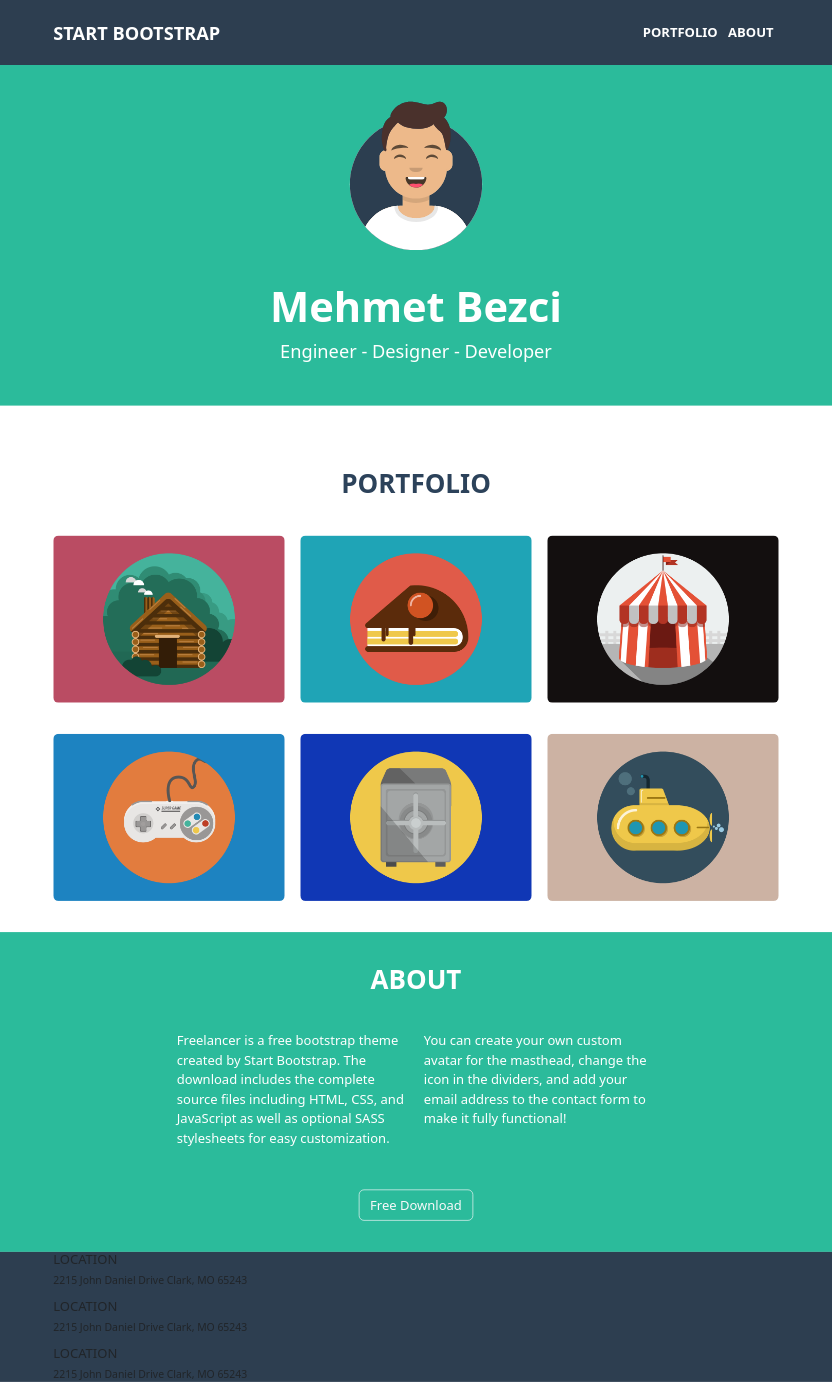
Repository: 7JaxeN7/WT-1255P-Mehmet_BEZC-
Page: index.html
These files come from the project's save history. The page is drawn as it stood at one moment and after the next save; the edit follows.
The browser window is 1280 px wide. The pictures show the whole page, at 65% of full size.

Above is the page before, as saved 2025-01-07 00:26:10.

### index.html
<!DOCTYPE html>
<html lang="tr">

<head>
  <meta charset="UTF-8">
  <meta name="viewport" content="width=device-width, initial-scale=1.0">
  <link rel="stylesheet" href="style.css">
  <link href="https://cdn.jsdelivr.net/npm/bootstrap@5.3.3/dist/css/bootstrap.min.css" rel="stylesheet"
    integrity="sha384-QWTKZyjpPEjISv5WaRU9OFeRpok6YctnYmDr5pNlyT2bRjXh0JMhjY6hW+ALEwIH" crossorigin="anonymous">
  <title>Start Bootstrap</title>
</head>

<body>
  <!-- Navbar -->
  <header>
    <nav class="navbar navbar-expand-lg navbar-bg">
      <div class="container pt-3 pb-3">
        <a class="navbar-brand text-white fw-bolder fs-3" href="#">START BOOTSTRAP</a>
        <button class="navbar-toggler" type="button" data-bs-toggle="collapse" data-bs-target="#navbarNav"
          aria-controls="navbarNav" aria-expanded="false" aria-label="Toggle navigation">
          <span class="navbar-toggler-icon"></span>
        </button>
        <div class="collapse navbar-collapse" id="navbarNav">
          <ul class="navbar-nav ms-auto">
            <li class="nav-item">
              <a class="nav-link text-white fw-bolder fs-5" href="#">PORTFOLIO</a>
            </li>
            <li class="nav-item">
              <a class="nav-link text-white fw-bolder fs-5" href="#">ABOUT</a>
            </li>
          </ul>
        </div>
      </div>
    </nav>
  </header>
  <!-- Herosection -->
  <div class="herosection-bg pt-5 pb-5">
    <div class="container text-center">
      <img src="/assets/img/avataaars.svg" width="20%" />
      <h1 class="mt-5 text-white fw-bolder display-3">Mehmet Bezci</h1>
      <p class="text-white fs-3">Engineer - Designer - Developer</p>
    </div>
  </div>
  <!-- Portfolio -->
  <div class="portfolio-section">
    <h2 class="text-center mt-5 pt-5 pb-5 fs-1 fw-semibold portfolio-tittle">PORTFOLIO</h2>
    <div class="container">
      <div class="row">
        <div class="col-12 col-md-6 col-lg-4 mb-5">
          <img src="/assets/img/cabin.png" class="img-fluid rounded-3">
        </div>
        <div class="col-12 col-md-6 col-lg-4 mb-5">
          <img src="/assets/img/cake.png" class="img-fluid rounded-3">
        </div>
        <div class="col-12 col-md-6 col-lg-4 mb-5">
          <img src="/assets/img/circus.png" class="img-fluid rounded-3">
        </div>
        <div class="col-12 col-md-6 col-lg-4 mb-5">
          <img src="/assets/img/game.png" class="img-fluid rounded-3">
        </div>
        <div class="col-12 col-md-6 col-lg-4 mb-5">
          <img src="/assets/img/safe.png" class="img-fluid rounded-3">
        </div>
        <div class="col-12 col-md-6 col-lg-4 mb-5">
          <img src="/assets/img/submarine.png" class="img-fluid rounded-3">
        </div>
      </div>
    </div>
  </div>
  <!-- About -->
  <div class="about-section">
    <div class="container">
      <h2 class="about-tittle fs-1 fw-semibold text-center pt-5 pb-5"> ABOUT</h2>
      <div class="row justify-content-center">
        <div class="col-lg-4 fs-5 text-white">
          <p>
            Freelancer is a free bootstrap theme created by Start Bootstrap. The download includes the complete source
            files including HTML, CSS, and JavaScript as well as optional SASS stylesheets for easy customization.
          </p>
        </div>
        <div class="col-lg-4 fs-5 text-white">
          <p>
            You can create your own custom avatar for the masthead, change the icon in the dividers, and add your email
            address to the contact form to make it fully functional!
          </p>
        </div>
      </div>
      <div class="d-flex justify-content-center">
        <button class="mt-5 mb-5 btn btn-outline-light btn-lg">Free Download</button>
      </div>
    </div>
  </div>
  <!-- Footer -->
   <footer>
    <div class="footer-section">
      <div class="container">
        <div class="col-lg-4">
          <h5>LOCATION</h5>
          <p>2215 John Daniel Drive
            Clark, MO 65243</p>
        </div>
        <div class="col-lg-4">
          <h5>LOCATION</h5>
          <p>2215 John Daniel Drive
            Clark, MO 65243</p>
        </div>
        <div class="col-lg-4">
          <h5>LOCATION</h5>
          <p>2215 John Daniel Drive
            Clark, MO 65243</p>
        </div>
      </div>
    </div>
   </footer>
  <!-- Burası bootstrap script kısmı -->
  <script src="https://cdn.jsdelivr.net/npm/bootstrap@5.3.3/dist/js/bootstrap.bundle.min.js"
    integrity="sha384-YvpcrYf0tY3lHB60NNkmXc5s9fDVZLESaAA55NDzOxhy9GkcIdslK1eN7N6jIeHz"
    crossorigin="anonymous"></script>
</body>

</html>

### style.css
.navbar-bg {
  background-color: #2d3e50 !important;
}
.herosection-bg{
    background-color: #2bbb9b ;
}
.portfolio-tittle{
    color: #2c425a;
}
.about-section{
    background-color: #2bbb9b ;
}
.about-tittle{
    color: #ffffff;
}
.footer-section{
    background-color: #2d3e50;
}

After the next save:
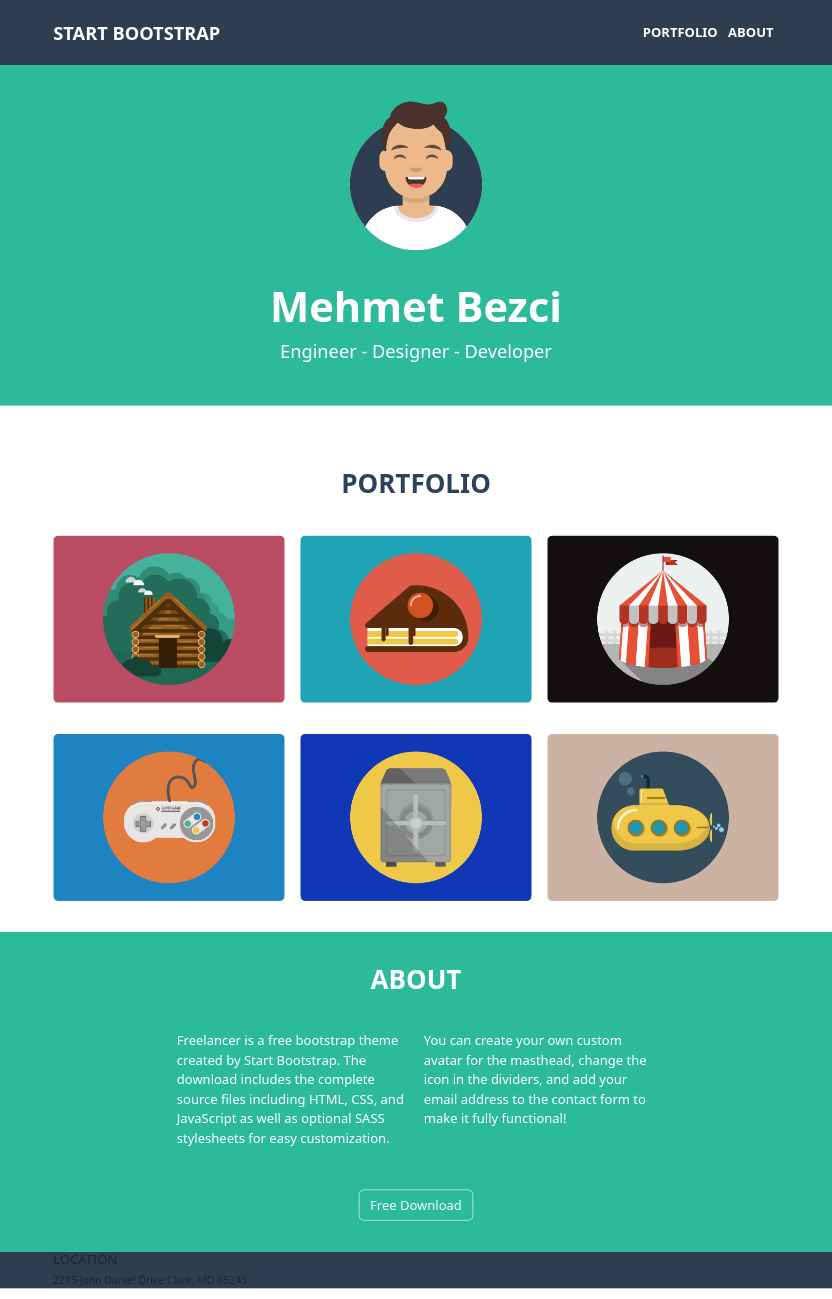
Saved 94 s later.
--- a/index.html
+++ b/index.html
@@ -91,27 +91,21 @@
     </div>
   </div>
   <!-- Footer -->
-   <footer>
+  <footer>
     <div class="footer-section">
       <div class="container">
         <div class="col-lg-4">
           <h5>LOCATION</h5>
-          <p>2215 John Daniel Drive
-            Clark, MO 65243</p>
+          <p>
+            2215 John Daniel Drive
+            Clark, MO 65243
+          </p>
         </div>
-        <div class="col-lg-4">
-          <h5>LOCATION</h5>
-          <p>2215 John Daniel Drive
-            Clark, MO 65243</p>
-        </div>
-        <div class="col-lg-4">
-          <h5>LOCATION</h5>
-          <p>2215 John Daniel Drive
-            Clark, MO 65243</p>
-        </div>
+        <div class="col-lg-4"></div>
+        <div class="col-lg-4"></div>
       </div>
     </div>
-   </footer>
+  </footer>
   <!-- Burası bootstrap script kısmı -->
   <script src="https://cdn.jsdelivr.net/npm/bootstrap@5.3.3/dist/js/bootstrap.bundle.min.js"
     integrity="sha384-YvpcrYf0tY3lHB60NNkmXc5s9fDVZLESaAA55NDzOxhy9GkcIdslK1eN7N6jIeHz"
